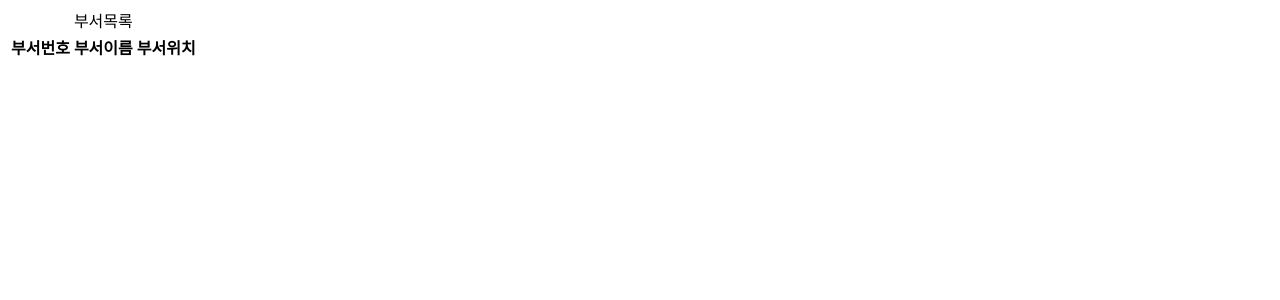
Repository: jjjooosss/-
Page: http://localhost/egov_dept/dept/deptList.jsp
These files come from the project's save history. The page is drawn as it stood at one moment and after the next save; the edit follows.
The browser window is 1280 px wide. The pictures show the whole page.
The page is served by Tomcat 9. Nobody is signed in. The application's start-up code is not run. Other server files are loaded and not shown.

Above is the page before, as saved 2023-07-14 02:57:17.

### egov_dept/src/main/webapp/dept/deptList.jsp
<%@ page language="java" contentType="text/html; charset=UTF-8"
    pageEncoding="UTF-8"%>
<%@ taglib uri="http://java.sun.com/jsp/jstl/core" prefix="c"%>
<!DOCTYPE html>
<html>
<head>
<meta charset="UTF-8">
<title>Insert title here</title>
</head>
<body>
	<table>
		<caption>부서목록</caption>
		<tr>
			<th>부서번호</th>
			<th>부서이름</th>
			<th>부서위치</th>
		</tr>
		<c:forEach var="result" items="${resultList}" varStatus="status">
            			<tr>
<!--             			c:out으로 써도되고 안써도 됨(초기 출력방식) -->
							<td>${result.deptno}</td>
							<td>${result.dname}</td>
							<td>${result.loc}</td>
            			</tr>
        </c:forEach>
	</table>
</body>
</html>

After the next save:
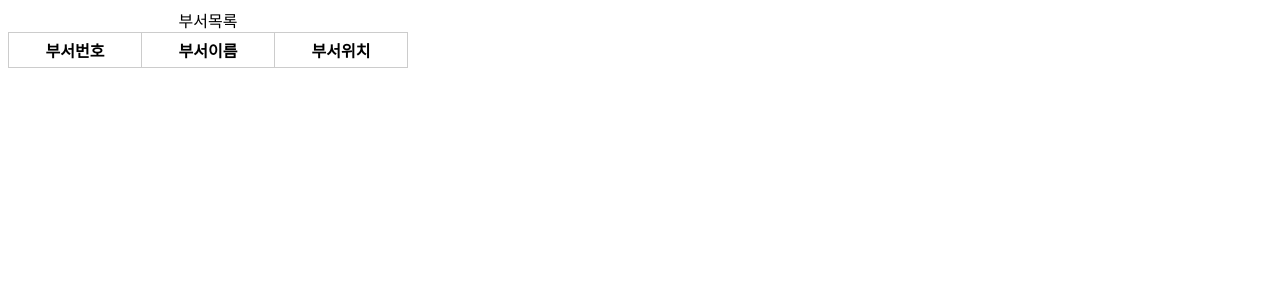
Saved 2 min 6 s later.
--- a/egov_dept/src/main/webapp/dept/deptList.jsp
+++ b/egov_dept/src/main/webapp/dept/deptList.jsp
@@ -6,6 +6,16 @@
 <head>
 <meta charset="UTF-8">
 <title>Insert title here</title>
+	<style type="text/css">
+		table{
+			width: 400px;
+			border-collapse: collapse;
+		}
+		th, td{
+			border: 1px solid #cccccc;
+			padding: 5px;
+		}
+	</style>
 </head>
 <body>
 	<table>
@@ -16,12 +26,12 @@
 			<th>부서위치</th>
 		</tr>
 		<c:forEach var="result" items="${resultList}" varStatus="status">
-            			<tr>
-<!--             			c:out으로 써도되고 안써도 됨(초기 출력방식) -->
-							<td>${result.deptno}</td>
-							<td>${result.dname}</td>
-							<td>${result.loc}</td>
-            			</tr>
+            <tr>
+<!--            c:out으로 써도되고 안써도 됨(초기 출력방식) -->
+				<td>${result.deptno}</td>
+				<td>${result.dname}</td>
+				<td>${result.loc}</td>
+            </tr>
         </c:forEach>
 	</table>
 </body>
